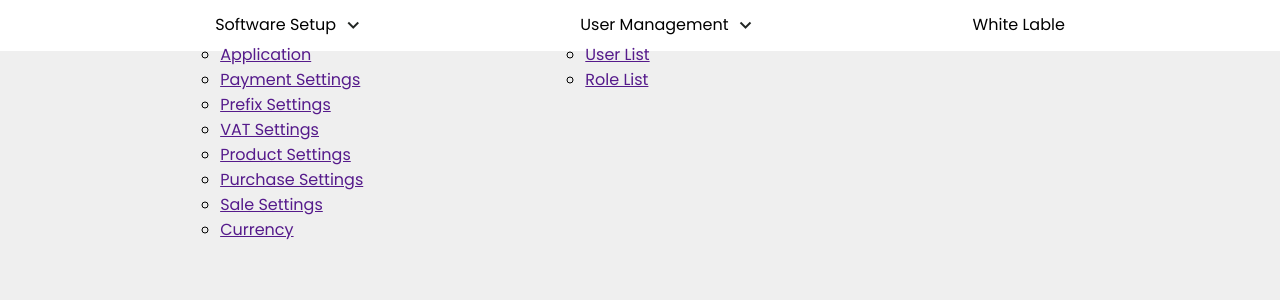
Repository: codebyaddro/pos-settings
Page: settings.html
The author's editor kept a copy of each file at every save. The page is drawn from the files as they stood at one save, then again after a run of saves.
The browser window is 1280 px wide. The pictures show the whole page.

Above is the page before, as saved 2025-02-16 14:37:52.

After the next 2 saves:
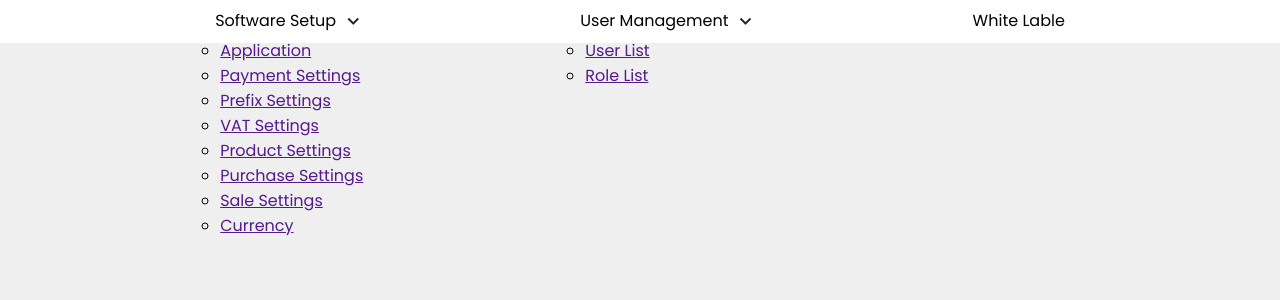
The 2 saves are shown as one change because they came seconds apart.
The last was saved 8 s later.
--- a/css/settings.css
+++ b/css/settings.css
@@ -45,7 +45,7 @@
     justify-content: space-evenly;
     align-items: flex-start;
     background-color: var(--white);
-    padding: 0.75rem 0;
+    padding: 0.5rem 0;
     list-style-type: none;
 }
 
